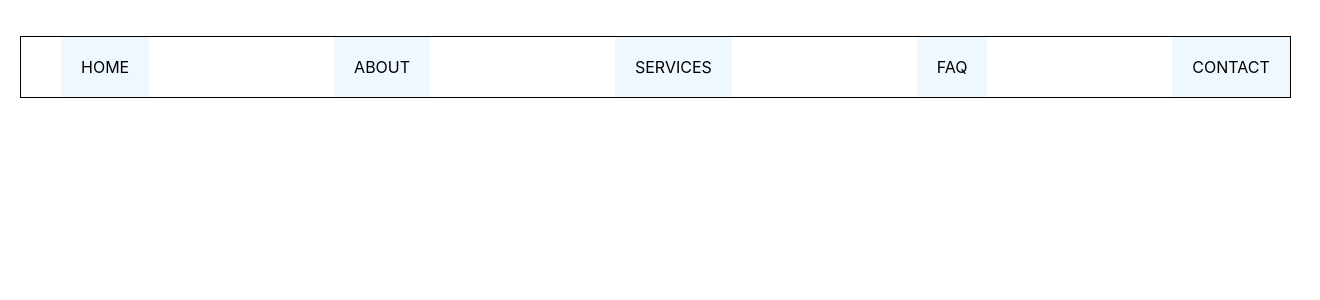
Repository: sriram1224/reactas1.github.io
Page: /
These files come from the project's save history. The page is drawn as it stood at one moment and after the next save; the edit follows.
The browser window is 1280 px wide. The page is 1320 px wide, so the pictures cover 1320 px, including what lies to the right of the window. The pictures show the whole page.
The project was rebuilt for these pictures with package versions that can differ from the ones it lists, and the page was loaded fresh each time.

Above is the page before, as saved 2024-03-05 06:49:09.

After the next save:
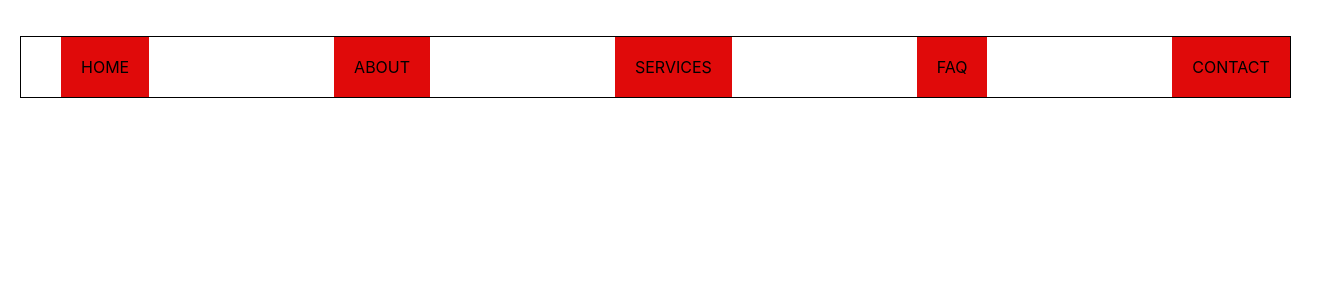
Saved 107 s later.
--- a/src/Components/Nav.css
+++ b/src/Components/Nav.css
@@ -16,5 +16,5 @@
 }
 .Nav ul li{
     padding: 20px;
-    background-color: aliceblue;
+    background-color: rgb(224, 10, 10);
 }
